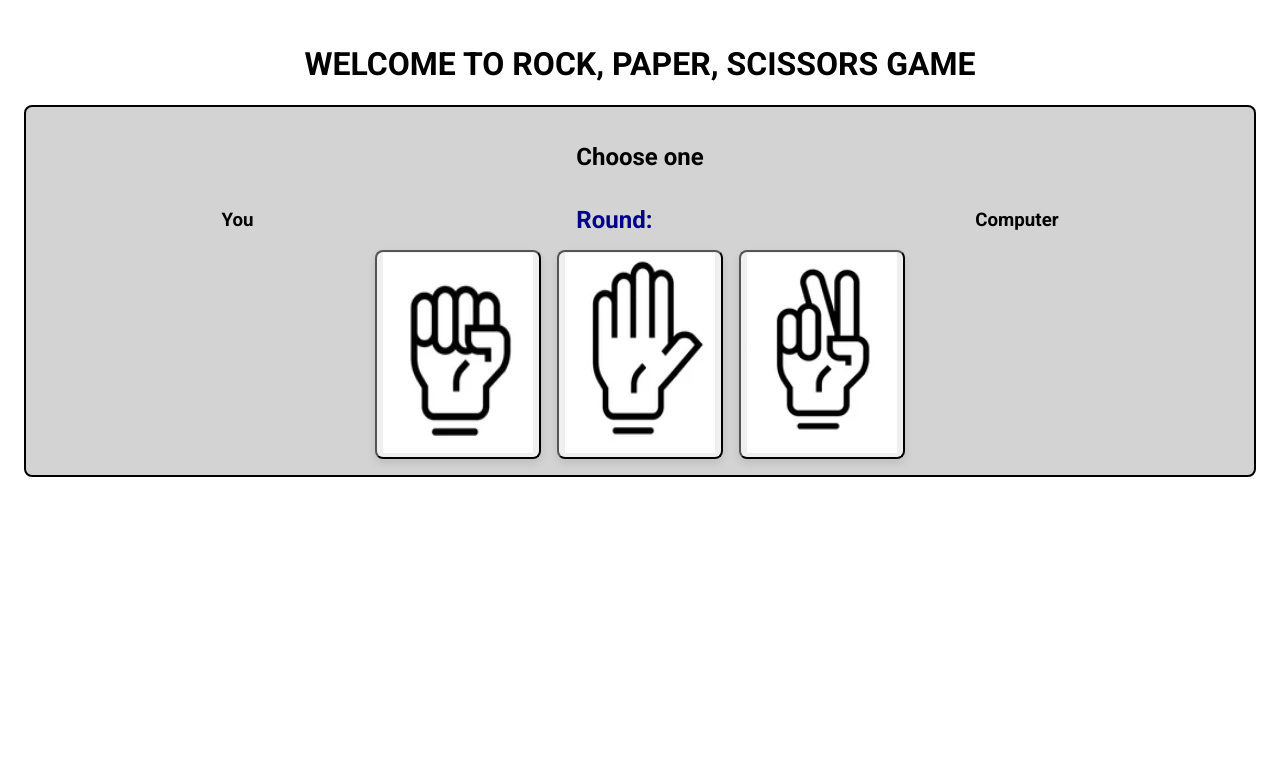
Repository: xhide341/rock_paper_scissor
Page: index.html
These files come from the project's save history. The page is drawn as it stood at one moment and after the next save; the edit follows.
The browser window is 1280 px wide. The pictures show the whole page.

Above is the page before, as saved 2024-06-21 19:41:41.

After the next save:
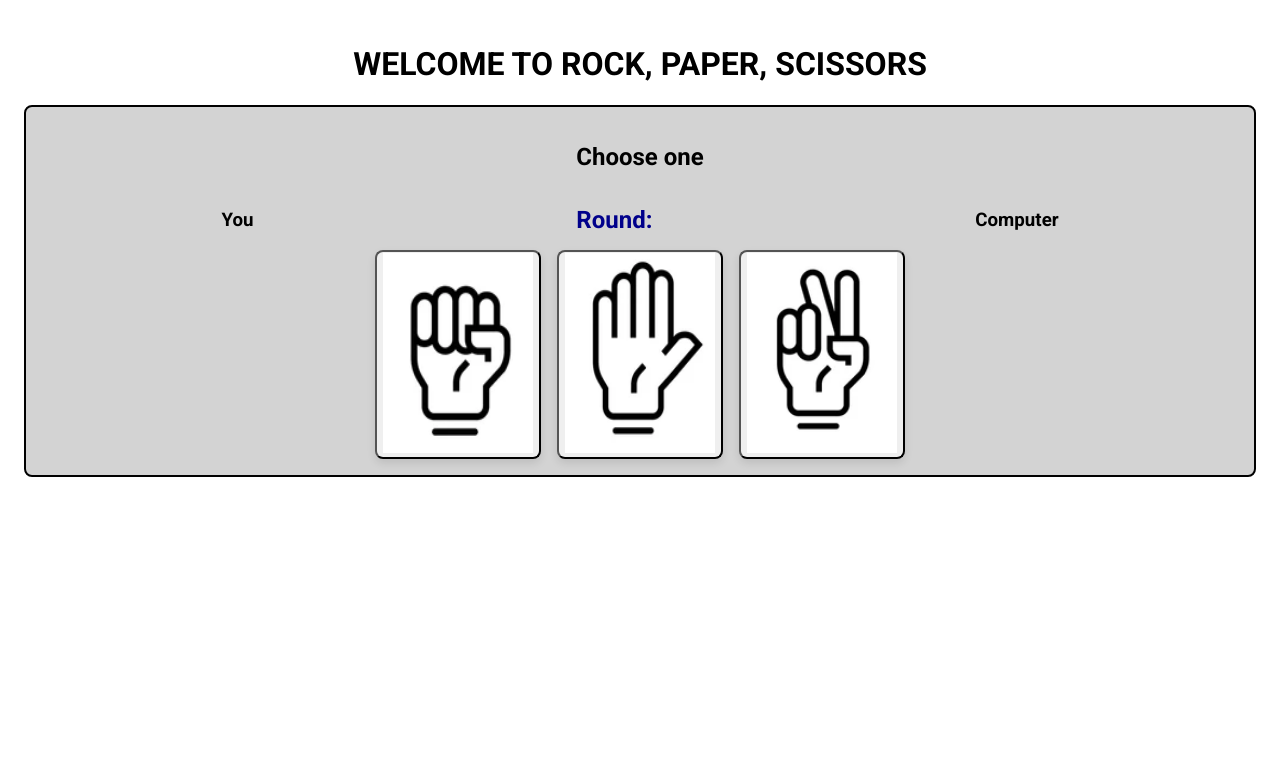
Saved 75 s later.
--- a/index.html
+++ b/index.html
@@ -12,7 +12,7 @@
 </head>
 <body>
     <main>
-        <h1>WELCOME TO ROCK, PAPER, SCISSORS GAME</h1>
+        <h1>WELCOME TO ROCK, PAPER, SCISSORS</h1>
         <div class="container">
             <h2>Choose one</h2>
             <div class="names">
